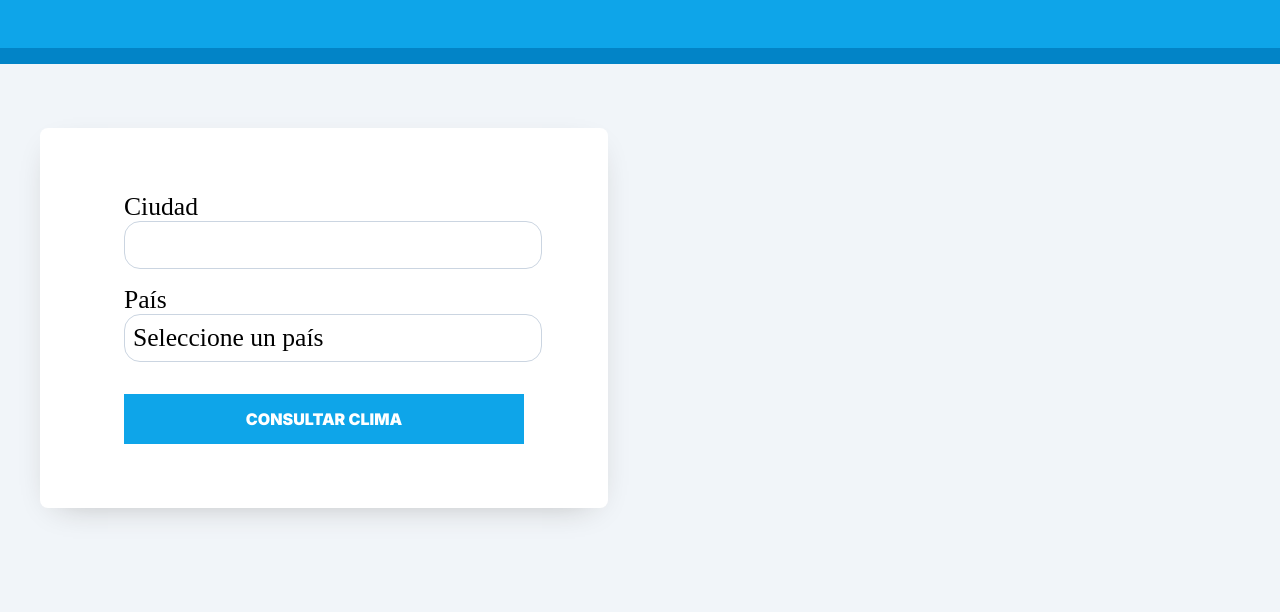
Repository: CarlosCamposRodriguez99/climaApp
Page: /
An editor plug-in stored every save of this project. The page is shown before and after a run of saves, followed by the edit.
The browser window is 1280 px wide. The pictures show the whole page.
Some web fonts or font styles are not loaded; a fallback is used. The project was rebuilt for these pictures with package versions that can differ from the ones it lists, and the page was loaded fresh each time. Also part of the build but not shown: vite.config.js.

Above is the page before, as saved 2022-03-15 19:45:55.

### index.html
<!DOCTYPE html>
<html lang="en">
  <head>
    <meta charset="UTF-8" />
    <link rel="icon" type="image/svg+xml" href="/src/favicon.svg" />
    <meta name="viewport" content="width=device-width, initial-scale=1.0" />
    <title>Clima App - Context</title>
    <link rel="stylesheet" href="https://cdnjs.cloudflare.com/ajax/libs/modern-normalize/1.1.0/modern-normalize.min.css">
    <link rel="preconnect" href="https://fonts.googleapis.com">
    <link rel="preconnect" href="https://fonts.gstatic.com" crossorigin>
    <link href="https://fonts.googleapis.com/css2?family=Hubballi&family=Inter:wght@900&display=swap" rel="stylesheet">

  </head>
  <body>
    <div id="root"></div>
    <script type="module" src="/src/main.jsx"></script>
  </body>
</html>

### src/index.css
body {
  font-family: 'Hubballi', cursive;
  background-color: #f1f5f9;
  font-size: 1.6rem;
}
header {
  background-color: #0ea5e9;
  padding: 1.5rem;
  border-bottom: 1rem solid #0284c7;
}
header h1 {
  text-align: center;
  color: white;
  font-family: 'Inter', sans-serif;
  font-size: 3rem;
  margin:0;
}
.dos-columnas {
  display: grid;
  gap: 4rem;
}
@media (min-width: 768px) {
  .dos-columnas {
    grid-template-columns: repeat(2, 1fr);
  }
}
main {
  margin: 4rem auto;
  max-width: 1200px;
}
.contenedor {
  margin: 0 auto 2rem auto;
  border-radius: .5rem;
  background-color: white;
  padding: 4rem;
  -webkit-box-shadow: 0px 10px 33px -17px rgba(173,173,173,1);
  -moz-box-shadow: 0px 10px 33px -17px rgba(173,173,173,1);
  box-shadow: 0px 10px 33px -17px rgba(173,173,173,1);
  width: 100%;
}
form {
  width: 100%;
}
.campo {
  max-width: 400px;
  margin: 0 auto 1rem auto;
}
.campo label {
  display: block;

}
.campo input,
.campo select {
  all: unset;
  border: 1px solid #cbd5e1;
  width: 100%;
  border-radius: 1rem;
  padding: .5rem;
}

input[type="submit"] {
  background-color: #0ea5e9;
  margin: 2rem auto 0 auto;
  display: block;
  padding: 1rem 3rem;
  color: white;
  text-transform: uppercase;
  font-family: 'Inter', sans-serif;
  font-size: 1rem;
  border: none;
  width: 100%;
  transition: background-color .3s ease;
}
@media (min-width: 768px) {
  input[type="submit"]  {
    max-width: 400px;
  }
}
input[type="submit"]:hover {
  background-color: #0369a1;
}


.loading {
  display: flex;
  justify-content: center;
  align-items: center;
  width: 100%;
}

.sk-chase {
  width: 40px;
  height: 40px;
  position: relative;
  animation: sk-chase 2.5s infinite linear both;

}

.sk-chase-dot {
  width: 100%;
  height: 100%;
  position: absolute;
  left: 0;
  top: 0;
  animation: sk-chase-dot 2.0s infinite ease-in-out both;
}

.sk-chase-dot:before {
  content: '';
  display: block;
  width: 25%;
  height: 25%;
  background-color: #0ea5e9;
  border-radius: 100%;
  animation: sk-chase-dot-before 2.0s infinite ease-in-out both;
}

.sk-chase-dot:nth-child(1) { animation-delay: -1.1s; }
.sk-chase-dot:nth-child(2) { animation-delay: -1.0s; }
.sk-chase-dot:nth-child(3) { animation-delay: -0.9s; }
.sk-chase-dot:nth-child(4) { animation-delay: -0.8s; }
.sk-chase-dot:nth-child(5) { animation-delay: -0.7s; }
.sk-chase-dot:nth-child(6) { animation-delay: -0.6s; }
.sk-chase-dot:nth-child(1):before { animation-delay: -1.1s; }
.sk-chase-dot:nth-child(2):before { animation-delay: -1.0s; }
.sk-chase-dot:nth-child(3):before { animation-delay: -0.9s; }
.sk-chase-dot:nth-child(4):before { animation-delay: -0.8s; }
.sk-chase-dot:nth-child(5):before { animation-delay: -0.7s; }
.sk-chase-dot:nth-child(6):before { animation-delay: -0.6s; }

@keyframes sk-chase {
  100% { transform: rotate(360deg); }
}

@keyframes sk-chase-dot {
  80%, 100% { transform: rotate(360deg); }
}

@keyframes sk-chase-dot-before {
  50% {
    transform: scale(0.4);
  } 100%, 0% {
    transform: scale(1.0);
  }
}

### src/App.jsx
import AppClima from "./components/AppClima";
import { ClimaProvider } from './context/ClimaProvider';

function App() {

  return (
    <ClimaProvider>
      <header>

      </header>
      <AppClima />
    </ClimaProvider>
  )
}

export default App

### src/components/AppClima.jsx
import React from 'react'
import Formulario from './Formulario'

const AppClima = () => {
  return (
    <>
        <main className="dos-columnas">
          <Formulario />
        </main>
    </>
  )
}

export default AppClima

### src/context/ClimaProvider.jsx
import { useState, createContext } from 'react';

const ClimaContext = createContext()

const ClimaProvider = ({children}) => {


  return (
    <ClimaContext.Provider
      value={{}}
    >

      {children}
    </ClimaContext.Provider>

  )
}

export {
  ClimaProvider
}

export default ClimaContext;

### src/components/Formulario.jsx


const Formulario = () => {
  return (
    <div className="contenedor">
      <form>
        <div className="campo">
          <label htmlFor="ciudad">Ciudad</label>
          <input
            type="text"
            id="ciudad"
            name="ciudad"
          />
        </div>
        <div className="campo">
          <label htmlFor="pais">País</label>
          <select
            id="pais"
            name="pais"
          >
            <option value=""> Seleccione un país </option>
            <option value="US">Estados Unidos</option>
            <option value="MX">México</option>
            <option value="AR">Argentina</option>
            <option value="CO">Colombia</option>
            <option value="CR">Costa Rica</option>
            <option value="ES">España</option>
            <option value="PE">Perú</option>
          </select>
        </div>

        <input
          type="submit"
          value="Consultar Clima"
        />
      </form>
    </div>
  )
}

export default Formulario

Loaded but not shown: src/main.jsx (common file)

After the next 2 saves:
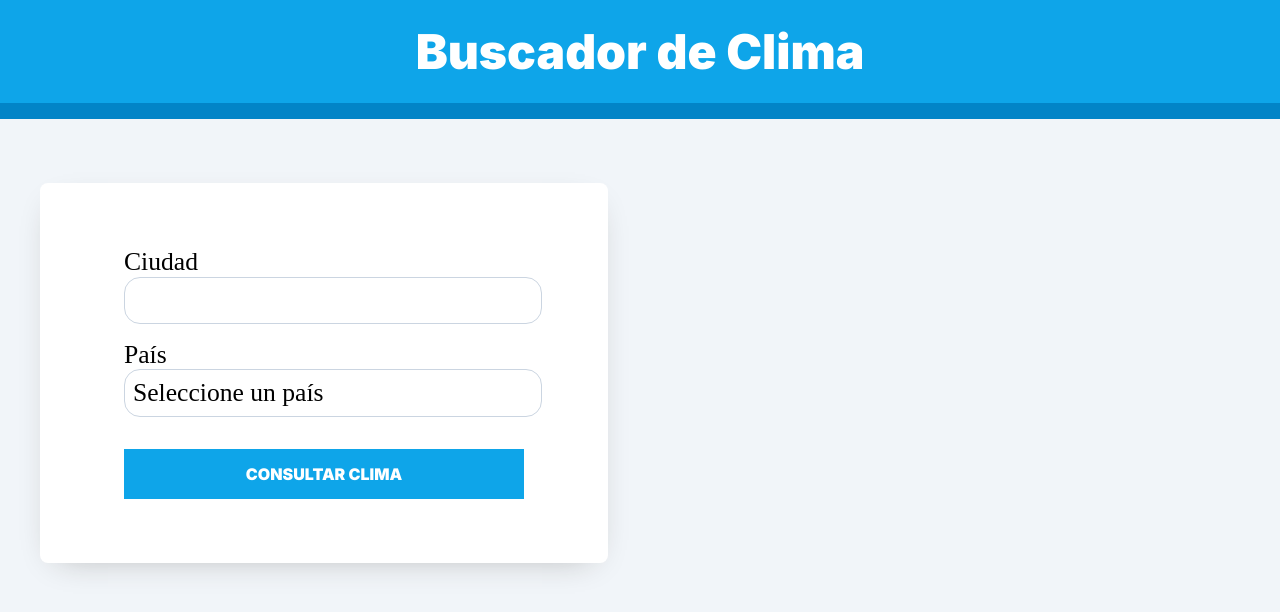
The 2 saves are shown as one change because they came seconds apart.
The last was saved 12 s later.
--- a/src/App.jsx
+++ b/src/App.jsx
@@ -6,7 +6,7 @@ function App() {
   return (
     <ClimaProvider>
       <header>
-
+        <h1>Buscador de Clima</h1>
       </header>
       <AppClima />
     </ClimaProvider>
